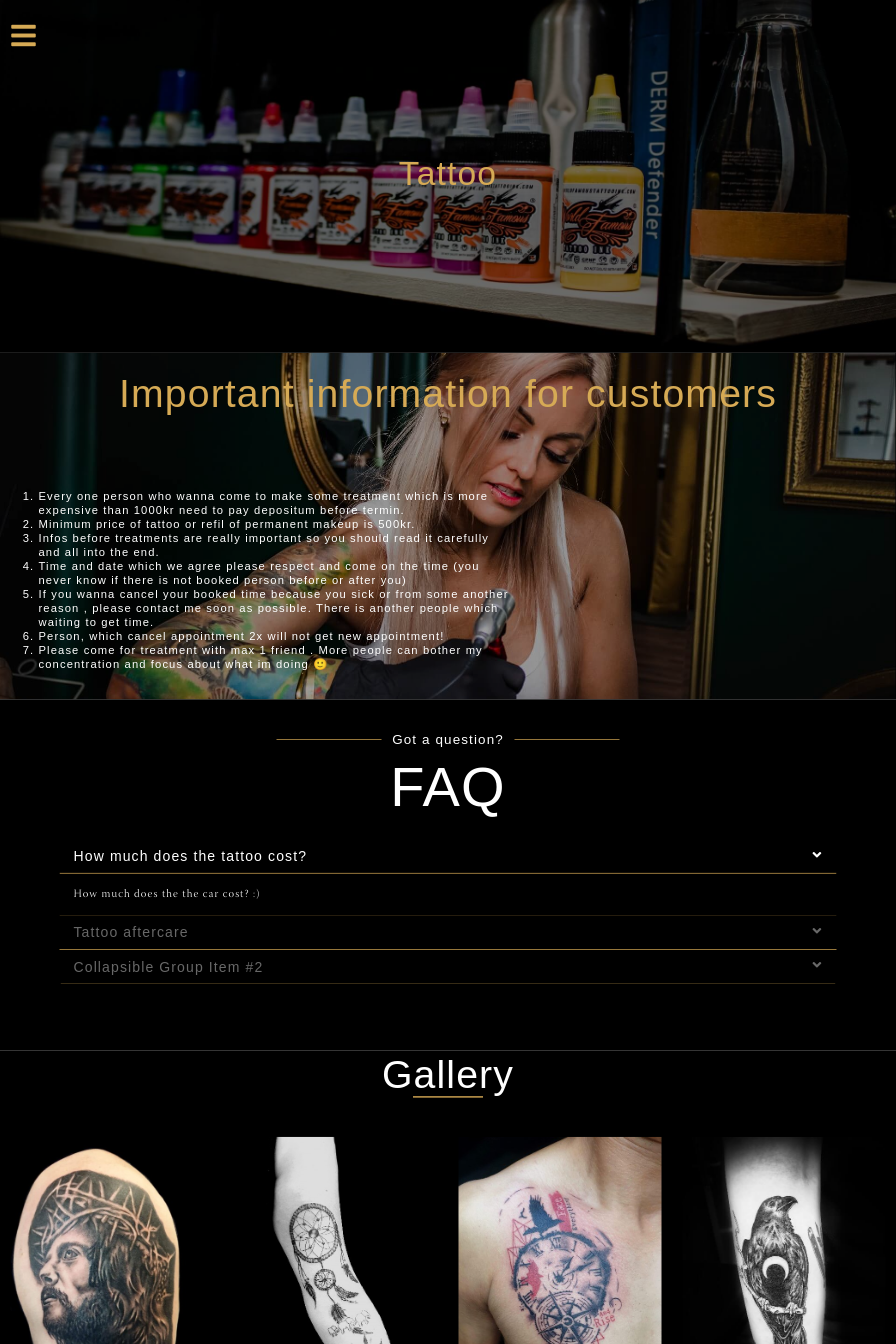
Repository: Spreceriany/TattooWeb
Page: tattoo-en.html
An editor plug-in stored every save of this project. The page is shown before and after the next save, followed by the edit.
The browser window is 1280 px wide. The pictures show the part of the page from y = 0 to 1920 px (the page is 3272 px tall), at 70% of full size.
Backgrounds fixed to the window are drawn as part of the page. Some web fonts or font styles are not loaded; a fallback is used. Some web libraries are served in a nearby version.

Above is the page before, as saved 2020-04-23 18:58:12.
Console error: TypeError: Cannot read properties of null (reading 'addEventListener')

After the next save:
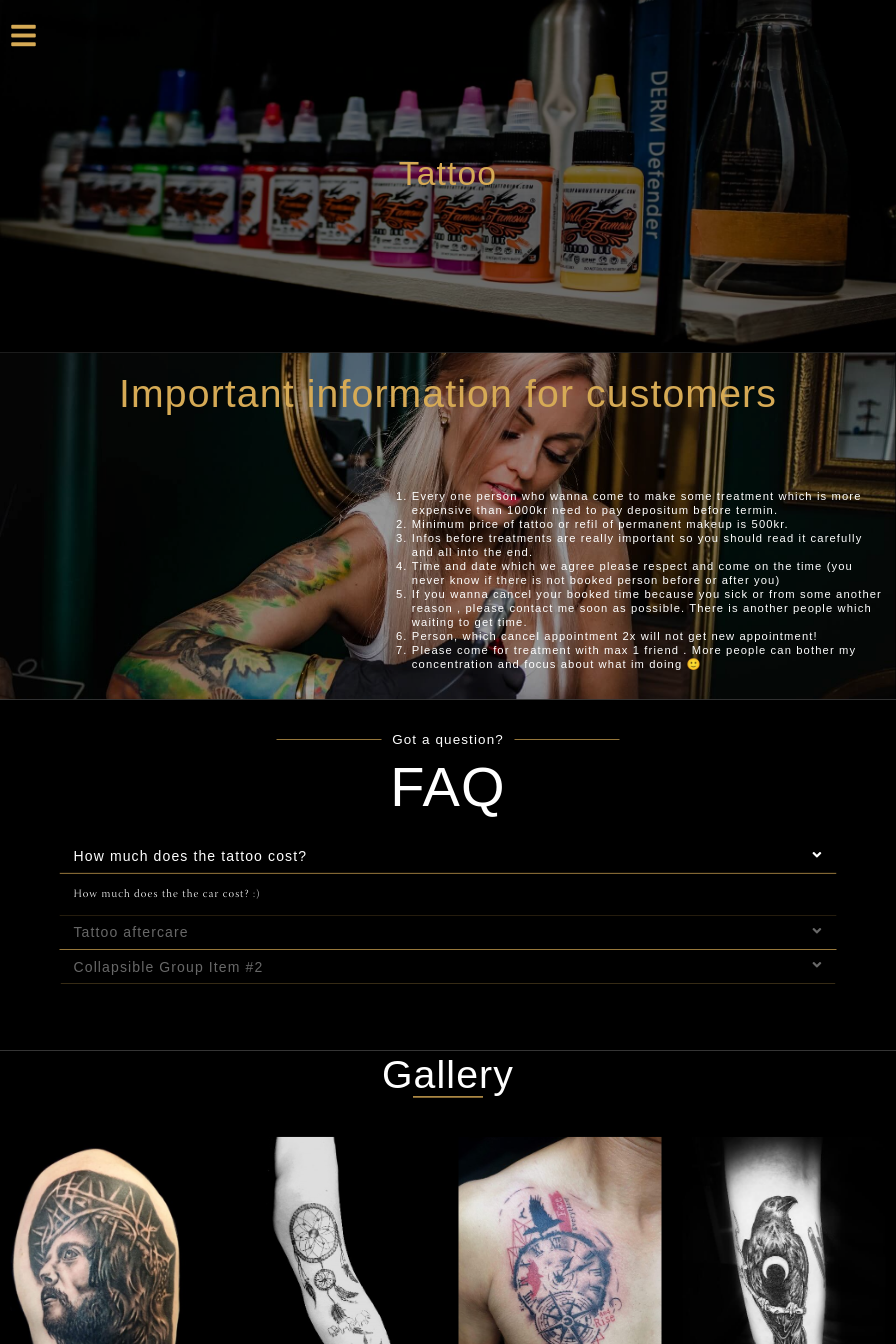
Saved 14 s later.
--- a/tattoo-en.html
+++ b/tattoo-en.html
@@ -76,7 +76,7 @@
   <div class="container-fluid tattoo-uvod py-4">
     <h2 class="gold  text-center display-4 ">Important information for customers</h2>
     <div class="row pt-5">
-      <div class="col-7 pt-5 ">
+      <div class=" offset-5 col-7 pt-5 ">
 
           <ol class="text-white">
             <li>Every one person who wanna come to make some treatment which is more expensive than 1000kr need to pay depositum before termin. </li>
